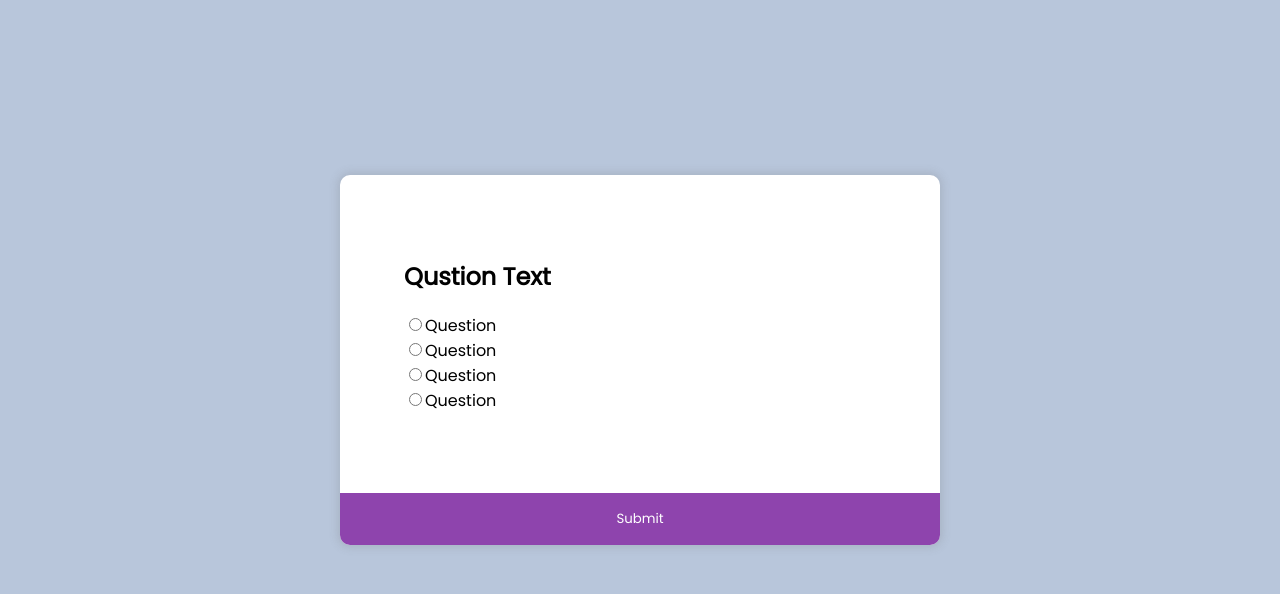
Repository: Abhi2359/Intermediate-projects
Page: Quiz App/index.html
The author's editor kept a copy of each file at every save. The page is drawn from the files as they stood at one save, then again after a run of saves.
The browser window is 1280 px wide. The pictures show the whole page.

Above is the page before, as saved 2023-01-31 14:14:07.

### Quiz App/index.html
<!DOCTYPE html>
<html lang="en">
  <head>
    <meta charset="UTF-8" />
    <meta http-equiv="X-UA-Compatible" content="IE=edge" />
    <meta name="viewport" content="width=device-width, initial-scale=1.0" />
    <title>Quiz App</title>
    <link rel="stylesheet" href="style.css">
  </head>
  <body>
    <div class="quiz-container">
      <div class="quiz-header">

        <h2 >Qustion Text</h2>
        <ul>
          <li>
            <input type="radio" name="answer" id="a" /><label for="a"
              >Question</label
            >
          </li>
          <li>
            <input type="radio" name="answer" id="b" /><label for="b"
              >Question</label
            >
          </li>
          <li>
            <input type="radio" name="answer" id="c" /><label for="c"
              >Question</label
            >
          </li>
          <li>
            <input type="radio" name="answer" id="d" /><label for="d"
              >Question</label
            >
          </li>
        </ul>
      </div>
      <button>Submit</button>
    </div>
  </body>
</html>

### Quiz App/style.css
@import url("https://fonts.googleapis.com/css2?family=Poppins&family=Roboto:wght@300;500;700;900&display=swap");

* {
  box-sizing: border-box;
}

body {
  font-family: "Poppins", sans-serif;
  margin: 0;
 background-color: #b8c6db;
 background-image: linear-gradient(315deg,#b8c6db 0% #f5f7fa 74%);
 min-height: 100vh;
 display: flex;
 align-items: center;
 justify-content: center;
}

.quiz-container{
  background-color: #fff ;
  width: 600px;
  border-radius: 10px;
  box-shadow: 0 0 10px 2px rgb(100,100,100,0.2);
  overflow: hidden;




}
 .quiz-header{
   padding: 4rem;
 }

 ul{
  list-style-type: none;
  padding: 0;

 }

 button{
  background-color: #8e44ad;
  display: block;
  width: 100%;
  font-size: ;
  color: white;
  font-family: inherit;
  border: none;
  padding: 1rem;


 }

After the next 2 saves:
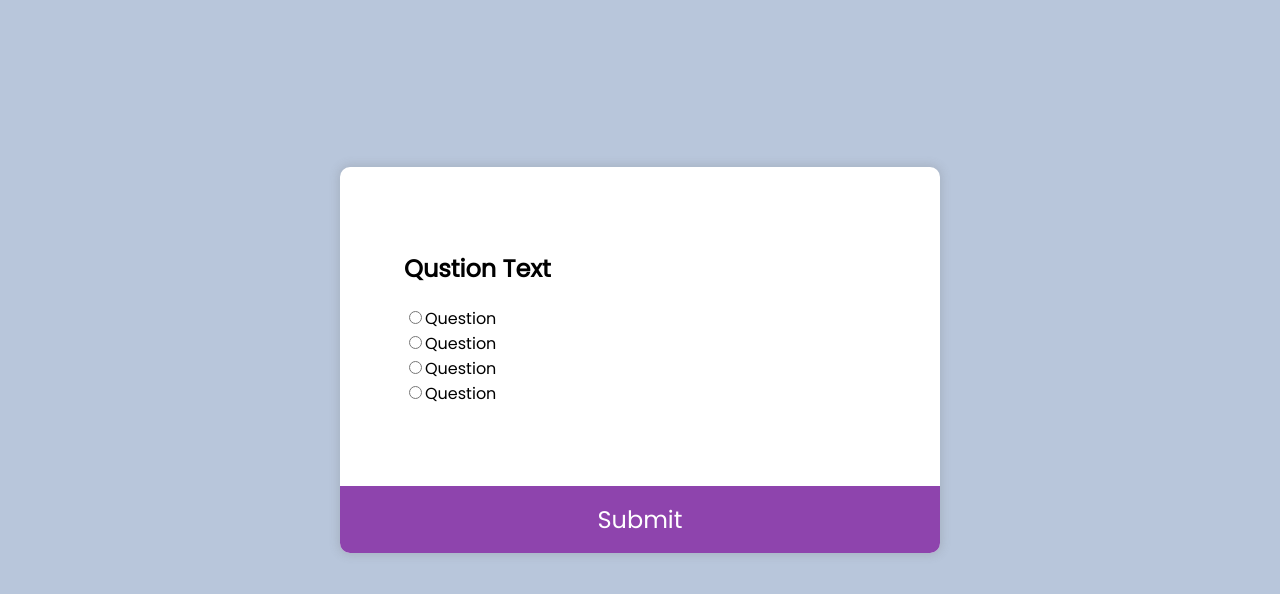
The 2 saves are shown as one change because they came seconds apart.
The last was saved 7 s later.
--- a/Quiz App/style.css
+++ b/Quiz App/style.css
@@ -40,7 +40,7 @@ body {
   background-color: #8e44ad;
   display: block;
   width: 100%;
-  font-size: ;
+  font-size: 1.5rem;
   color: white;
   font-family: inherit;
   border: none;
